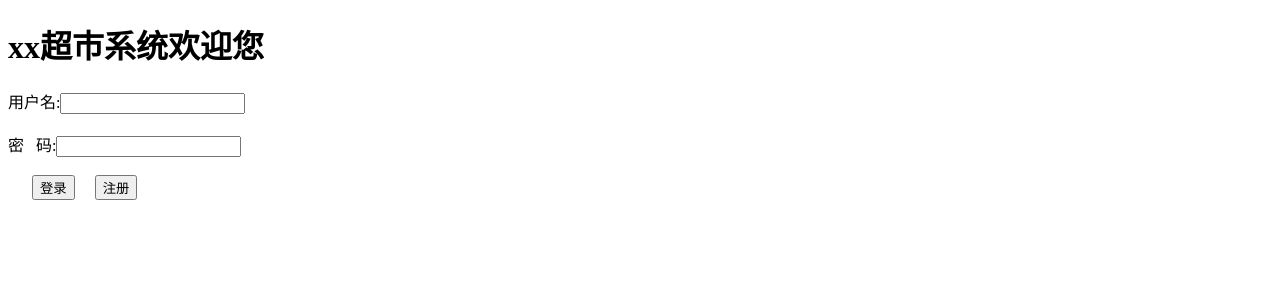
Repository: AAJAAJ/eclipse-workspace
Page: http://localhost/Supermarket/login.jsp
These files come from the project's save history. The page is drawn as it stood at one moment and after the next save; the edit follows.
The browser window is 1280 px wide. The pictures show the whole page.
The page is served by Tomcat 9. Other server files are loaded and not shown.

Above is the page before, as saved 2019-09-26 02:09:58.

### Supermarket/WebContent/login.jsp
<%@ page language="java" contentType="text/html; charset=UTF-8"
    pageEncoding="UTF-8"%>
<!DOCTYPE html>
<html>
<head>
<meta charset="UTF-8">
<title>Insert title here</title>
</head>
<body>
	<h1>xx超市系统欢迎您</h1>
	<form action="show.jsp" method="post">
		<div id="err"><span></span></div>
		用户名:<input type="text" name="username" id="username" />
		<br /><br />
		密&nbsp;&nbsp;&nbsp;码:<input type="text" name="password" id="password" />
		<br /><br />
		&nbsp;&nbsp;&nbsp;&nbsp;&nbsp;
		<input type="submit" value="登录"/>
		&nbsp;&nbsp;&nbsp;
		<input type="submit" value="注册"/>
		<br />
		<div id="err"><span></span></div>
	</form>

	<script src="./js/jquery-3.1.1.js"></script>
	<script>

	$(function(){
		$('form').on('blur','#username',function(){
			 //获取用户输入的用户名
			var username = $('#username').val();
			 var password = $('#password').val();
			//将获取到的用户名发送到后台,对比数据库中已有的用户名进行判断
			$.ajax({
				url:'LoginServlet',
				type:'post',
				data:{
					"username":username,
					"password":password
				},
				success:function(data){
					$('#err').next().text(data);
				},
				error:function(){
					$('#err').next().text("提交失败");
				}
			})

		})
	})





	</script>
</body>
</html>

Loaded but not shown: Supermarket/WebContent/js/jquery-3.1.1.js (library)

After the next save:
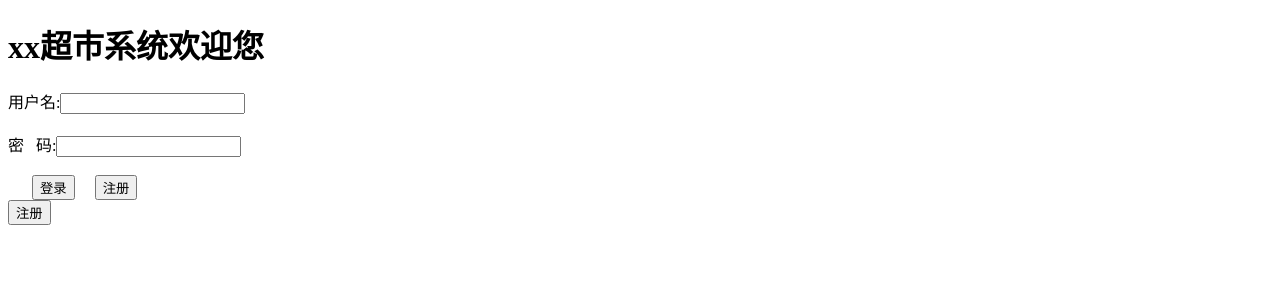
Saved 82 s later.
--- a/Supermarket/WebContent/login.jsp
+++ b/Supermarket/WebContent/login.jsp
@@ -20,11 +20,15 @@
 		<input type="submit" value="注册"/>
 		<br />
 		<div id="err"><span></span></div>
+
 	</form>
+	<input type="button" onclick="signin()" value="注册"/>
 
 	<script src="./js/jquery-3.1.1.js"></script>
 	<script>
-
+	function signin(){
+		location.href='signin.jsp'
+	}
 	$(function(){
 		$('form').on('blur','#username',function(){
 			 //获取用户输入的用户名
